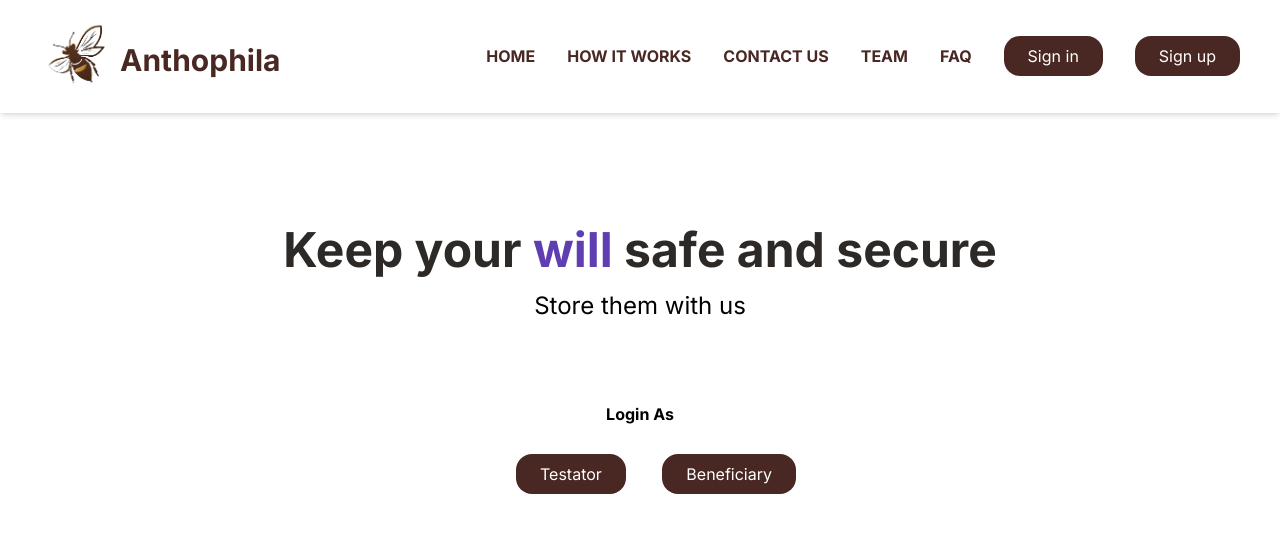
Repository: marcusdashe/anthophila
Page: /
The author's editor kept a copy of each file at every save. The page is drawn from the files as they stood at one save, then again after the next save.
The browser window is 1280 px wide. The pictures show the whole page.
The project was rebuilt for these pictures with package versions that can differ from the ones it lists, and the page was loaded fresh each time. The framework's server and built-in components were replaced by stand-ins that run in the browser. Also part of the build but not shown: next.config.js, styles/Home.module.css.

Above is the page before, as saved 2023-02-26 18:03:13.

### pages/_document.js
import { Html, Head, Main, NextScript } from 'next/document'

export default function Document() {
  return (
    <Html lang="en">
      <Head>
        <link rel="preconnect" href="https://fonts.googleapis.com" />
        <link rel="preconnect" href="https://fonts.gstatic.com" crossOrigin />
        <link href="https://fonts.googleapis.com/css2?family=Inter:wght@100;200;300;400;500;600&display=swap" rel="stylesheet" />
      </Head>
      <body>
        <Main />
        <NextScript />
      </body>
    </Html>
  )
}

### pages/index.js
import Head from 'next/head'
import Image from 'next/image'
import { Inter } from '@next/font/google'
import styles from '@/styles/Home.module.css'
import { Nav } from '@/components/Nav'
import Hero from '@/components/Hero'

const inter = Inter({ subsets: ['latin'] })

export default function Home() {
  return (
    <>
      <Head>
        <title>Anthophilia</title>
        <meta name="description" content="decentralized platform for storing will" />
        <meta name="viewport" content="width=device-width, initial-scale=1" />
        <link rel="icon" href="/favicon.ico" />
      </Head>
      <Nav />

      {/* <main className="w-full h-screen bg-cover bg-no-repeat bg-center bg-fixed" style={{backgroundImage: "url('/assets/bg-vintage.png')"}}> */}
      <main className="w-full h-screen">
      <Hero />

      </main>
    </>
  )
}

### styles/globals.css
@tailwind base;
@tailwind components;
@tailwind utilities;


@layer base {
    html {

      font-family: 'Inter', sans-serif;
    }
  }

### components/Nav.jsx
import React, { useState } from 'react'
import Button from './Button'
import MenuIcon from '@mui/icons-material/Menu';
import CloseIcon from '@mui/icons-material/Close';

export const Nav = () => {
  let Links = [
    { name: "HOME", link: "/"},
    { name: "HOW IT WORKS", link: "/hiw"},
    { name: "CONTACT US", link: "/contact"},
    { name: "TEAM", link: "/team"},
    { name: "FAQ", link: "/faq"},
  ]
  let [open, setOpen] = useState(false)

  return (
    <div className='bg-white shadow-md w-full fixed top-0 left-0'>
        <div className='md:flex items-center justify-between bg-white py-4 md:px-10 px-7'>
            <div className='font-bold text-2xl cursor-pointer flex items-center text-gray-80'>
            <img src="/assets/logo.png" alt="logo" className="object-scale-down h-50 w-20" />
                <span className='text-3xl text-[#492823] mr-1 pt-2'>
                    Anthophila
                </span>
            </div>
            <div onClick={()=> setOpen(!open)} className='text-3xl absolute right-8 top-6 cursor-pointer md:hidden '>
              {open ? <CloseIcon fontSize='large'/> : <MenuIcon fontSize='large'/>}

            </div>
            <ul className={`md:flex md:items-center md:pb-0 pb-12 absolute md:static bg-white md:z-auto z-[-1] left-0 w-full md:w-auto md:pl-0 pl-9 transition-all duration-500 ease-in ${open ? 'top-20 opacity-100' : 'top-[-490px]'} md:opacity-100 opacity-0`}>
              { Links.map((link, idx) => (
                <li key={link.name} className='md:ml-8 text-md font-bold md:my-0 my-7'>
                    <a href={link.link} key={idx} className="text-[#492823] hover:text-[#F5F1F3] duration-500">{link.name}</a>
                </li>
              ))}
              <Button>Sign in</Button>
              <Button>Sign up</Button>
            </ul>
        </div>
    </div>
  )
}

### components/Hero.jsx
import React from 'react'
import Button from './Button'

const Hero = () => {
  return (
        <div className='h-screen flex justify-center items-center flex-col'>

            <header className="">
            <div className="max-w-7xl mx-auto px-4 sm:px-6 lg:px-8 flex flex-col items-center justify-center">
                <h1 className="text-5xl font-bold text-[#2D2926] text-center mb-4">Keep your <span className='text-[#5F3EB2]'>will</span> safe and secure</h1>
                <p className='text-center text-2xl'>Store them with us</p>
            </div>
            </header>
            <section className=' flex justify-center items-center flex-col mt-20'>
               <p className='font-bold'>Login As</p>
                <div className='mt-7'><Button>Testator</Button> <Button>Beneficiary</Button> </div>
            </section>

        </div>

  )
}

export default Hero

### components/Button.jsx
import React from 'react'

const Button = (props) => {
  return (
    <button className='bg-[#492823] w-150 text-white py-2 px-6 rounded-2xl md:ml-8 hover:bg-[#F5F1F3] hover:text-[#492823] duration-500'>
        {props.children}
    </button>
  )
}

export default Button

### tailwind.config.js
/** @type {import('tailwindcss').Config} */

module.exports = {
  content: [
    "./app/**/*.{js,ts,jsx,tsx}",
    "./pages/**/*.{js,ts,jsx,tsx}",
    "./components/**/*.{js,ts,jsx,tsx}",
  ],
  theme: {
    extend: {},
  },
  plugins: [],
}

Loaded but not shown: pages/_app.js (common file); pages/api/hello.js (common file)

After the next save:
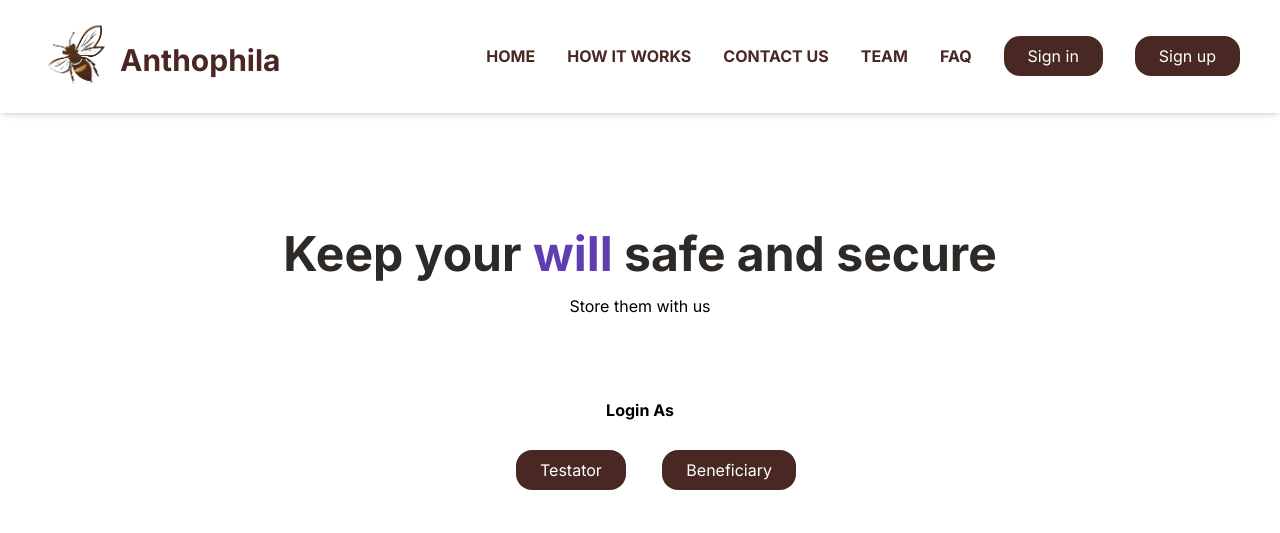
Saved 56 s later.
--- a/components/Hero.jsx
+++ b/components/Hero.jsx
@@ -8,7 +8,7 @@ const Hero = () => {
             <header className="">
             <div className="max-w-7xl mx-auto px-4 sm:px-6 lg:px-8 flex flex-col items-center justify-center">
                 <h1 className="text-5xl font-bold text-[#2D2926] text-center mb-4">Keep your <span className='text-[#5F3EB2]'>will</span> safe and secure</h1>
-                <p className='text-center text-2xl'>Store them with us</p>
+                <p className='text-center text-1xl'>Store them with us</p>
             </div>
             </header>
             <section className=' flex justify-center items-center flex-col mt-20'>

After the save that followed:
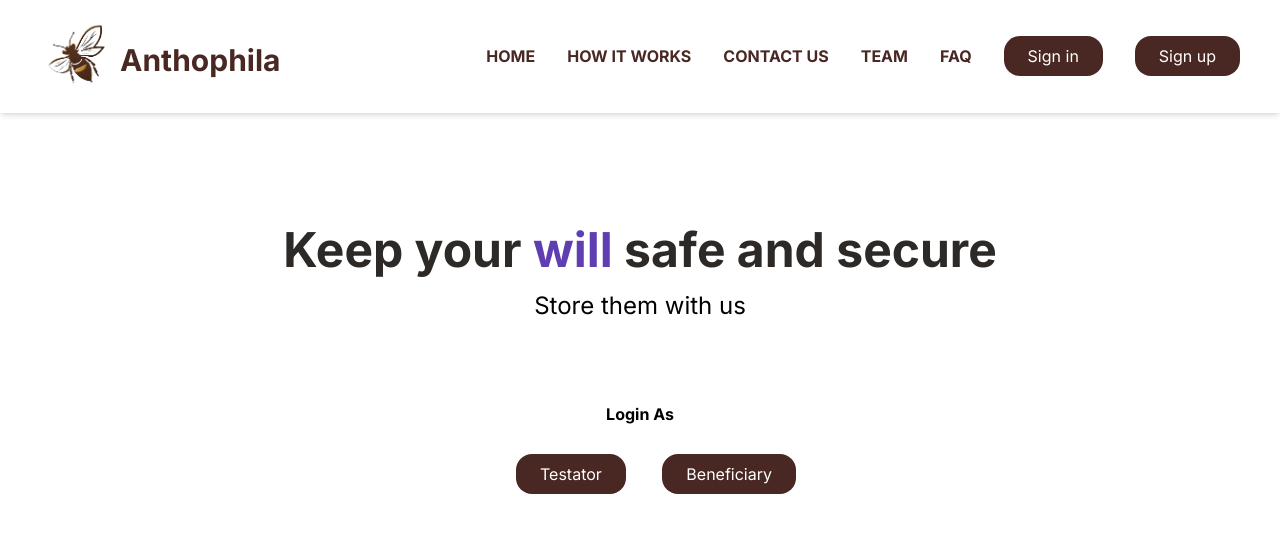
Saved 7 s later.
--- a/components/Hero.jsx
+++ b/components/Hero.jsx
@@ -8,7 +8,7 @@ const Hero = () => {
             <header className="">
             <div className="max-w-7xl mx-auto px-4 sm:px-6 lg:px-8 flex flex-col items-center justify-center">
                 <h1 className="text-5xl font-bold text-[#2D2926] text-center mb-4">Keep your <span className='text-[#5F3EB2]'>will</span> safe and secure</h1>
-                <p className='text-center text-1xl'>Store them with us</p>
+                <p className='text-center text-2xl'>Store them with us</p>
             </div>
             </header>
             <section className=' flex justify-center items-center flex-col mt-20'>
